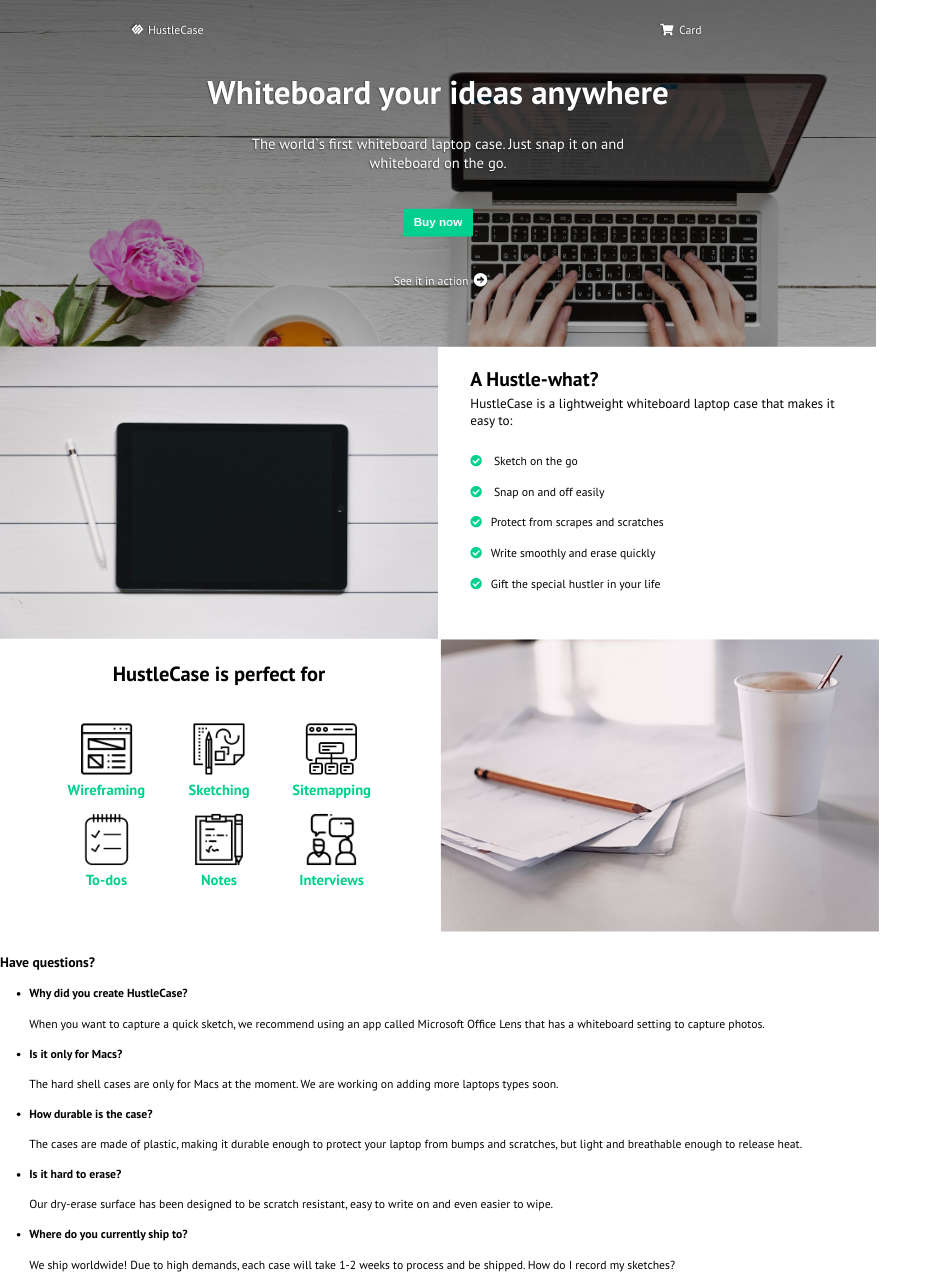
Repository: GeryZlatev/WhiteBoard
Page: src/index.html
These files come from the project's save history. The page is drawn as it stood at one moment and after the next save; the edit follows.
The browser window is 1280 px wide. The pictures show the whole page, at 73% of full size.
Some web libraries are served in a nearby version.

Above is the page before, as saved 2020-10-27 15:51:40.

After the next save:
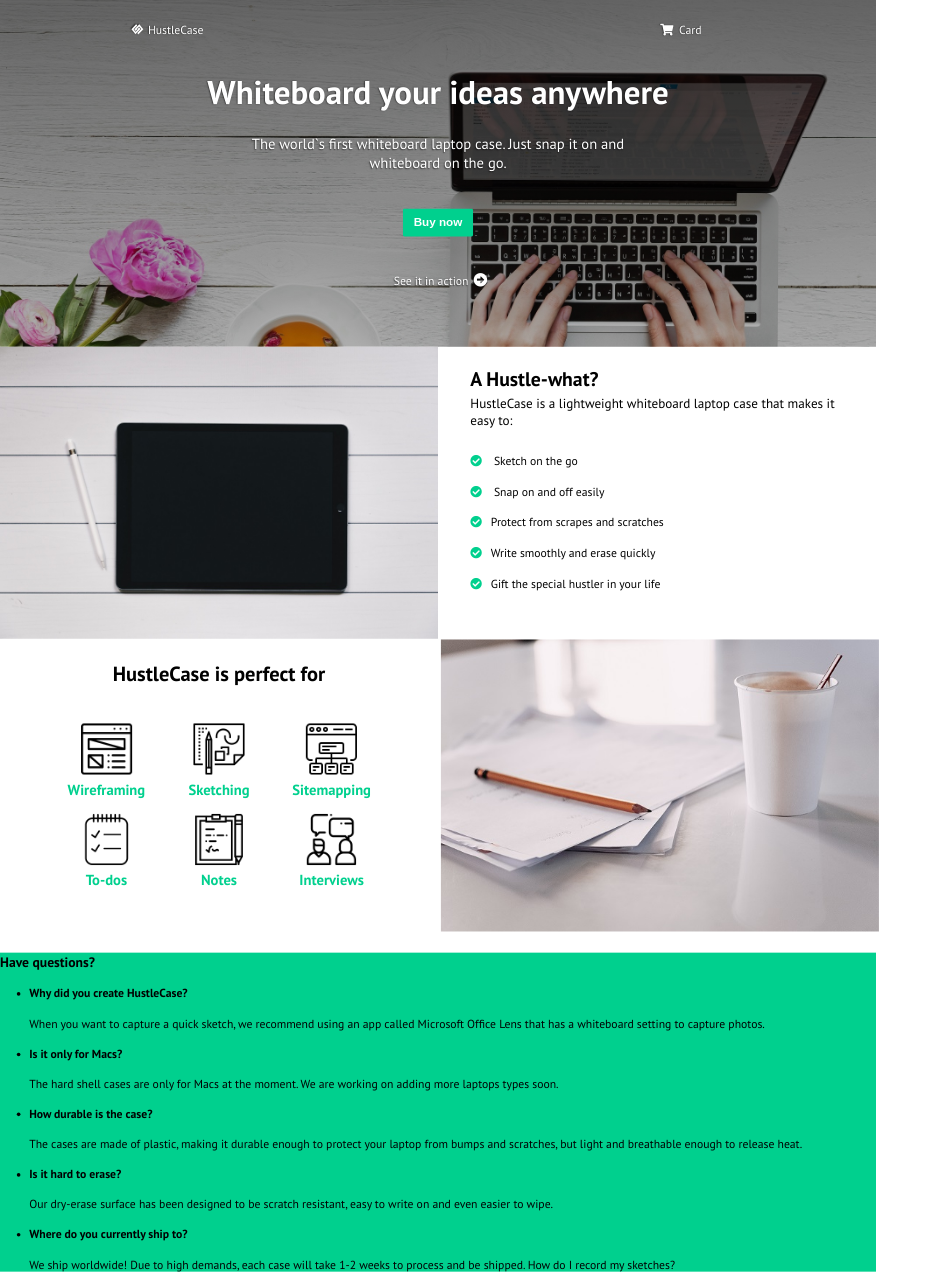
Saved 56 s later.
--- a/src/style.css
+++ b/src/style.css
@@ -194,3 +194,7 @@
             text-align: center;
             font-size: 28px;
         }
+
+        .questions {
+            background: #00D08E;
+        }
